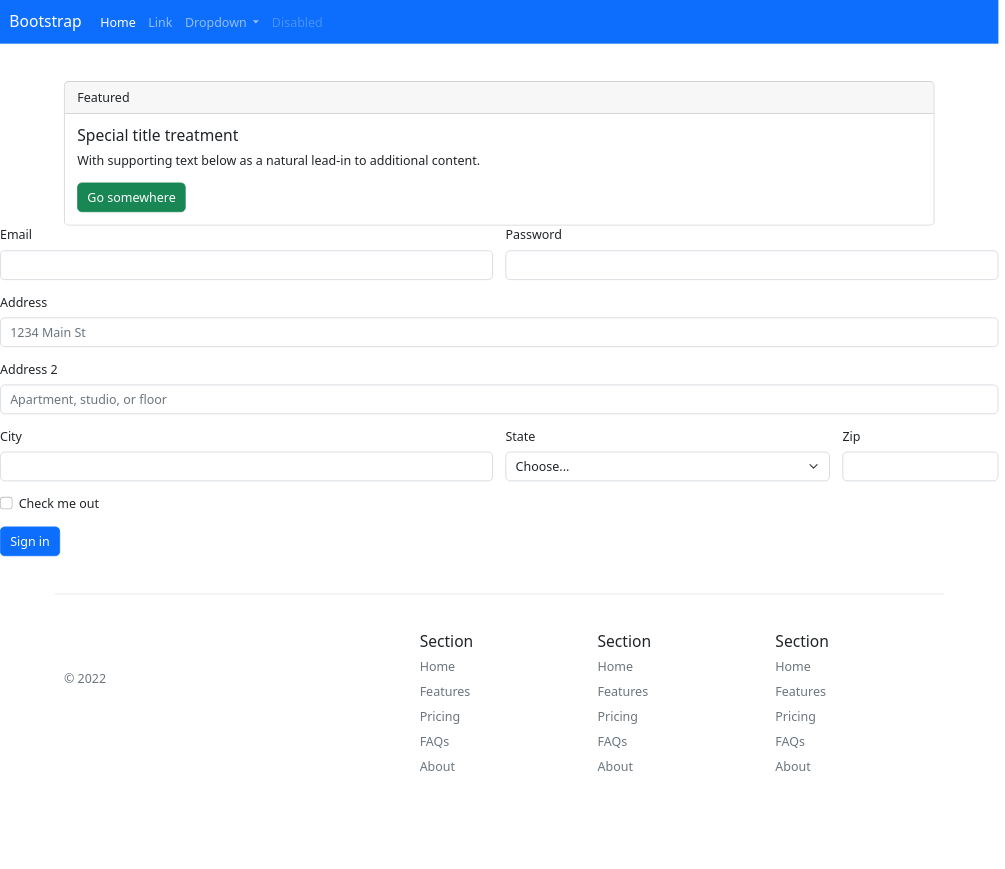
Repository: leosulzbach/Aula
Page: Bootstrap/bootstrap.html
An editor plug-in stored every save of this project. The page is shown before and after the next save, followed by the edit.
The browser window is 1280 px wide. The page is 1288 px wide, so the pictures cover 1288 px, including what lies to the right of the window. The pictures show the whole page, at 78% of full size.

Above is the page before, as saved 2022-05-26 14:29:02.

### Bootstrap/bootstrap.html
<!DOCTYPE html>
<html lang="PT-BR">
<head>
    <meta charset="UTF-8">
    <meta http-equiv="X-UA-Compatible" content="IE=edge">
    <meta name="viewport" content="width=device-width, initial-scale=1.0">
    <link href="https://cdn.jsdelivr.net/npm/bootstrap@5.2.0-beta1/dist/css/bootstrap.min.css" rel="stylesheet" integrity="sha384-0evHe/X+R7YkIZDRvuzKMRqM+OrBnVFBL6DOitfPri4tjfHxaWutUpFmBp4vmVor" crossorigin="anonymous">
    <script src="https://cdn.jsdelivr.net/npm/bootstrap@5.2.0-beta1/dist/js/bootstrap.bundle.min.js" integrity="sha384-pprn3073KE6tl6bjs2QrFaJGz5/SUsLqktiwsUTF55Jfv3qYSDhgCecCxMW52nD2" crossorigin="anonymous"></script>
    <title>Bootstrap</title>
</head>
<body>
    <nav class="navbar navbar-expand-lg navbar-dark bg-primary">
        <div class="container-fluid">
          <a class="navbar-brand" href="#">Bootstrap</a>

          <button class="navbar-toggler" type="button" data-bs-toggle="collapse" data-bs-target="#navbarSupportedContent" aria-controls="navbarSupportedContent" aria-expanded="false" aria-label="Toggle navigation">
            <span class="navbar-toggler-icon"></span>
          </button>

          <div class="collapse navbar-collapse" id="navbarSupportedContent">
            <ul class="navbar-nav me-auto mb-2 mb-lg-0">
              <li class="nav-item">
                <a class="nav-link active" aria-current="page" href="#">Home</a>
              </li>
              <li class="nav-item">
                <a class="nav-link" href="#">Link</a>
              </li>

              <li class="nav-item dropdown">
                <a class="nav-link dropdown-toggle" href="#" id="navbarDropdown" role="button" data-bs-toggle="dropdown" aria-expanded="false">
                  Dropdown
                </a>
                <ul class="dropdown-menu" aria-labelledby="navbarDropdown">
                  <li><a class="dropdown-item" href="#">Action</a></li>
                  <li><a class="dropdown-item" href="#">Another action</a></li>
                  <li><hr class="dropdown-divider"></li>
                  <li><a class="dropdown-item" href="#">Something else here</a></li>
                </ul>
              </li>
              <li class="nav-item">
                <a class="nav-link disabled">Disabled</a>
              </li>
            </ul>

          </div>
        </div>
      </nav>

      <main class="container">

        <div class="card mt-5">
            <div class="card-header">
              Featured
            </div>
            <div class="card-body">
              <h5 class="card-title">Special title treatment</h5>
              <p class="card-text">With supporting text below as a natural lead-in to additional content.</p>
              <a href="#" class="btn btn-success">Go somewhere</a>
            </div>
          </div>
      </main>

      <form class="row g-3">
        <div class="col-md-6">
          <label for="inputEmail4" class="form-label">Email</label>
          <input type="email" class="form-control" id="inputEmail4">
        </div>
        <div class="col-md-6">
          <label for="inputPassword4" class="form-label">Password</label>
          <input type="password" class="form-control" id="inputPassword4">
        </div>
        <div class="col-12">
          <label for="inputAddress" class="form-label">Address</label>
          <input type="text" class="form-control" id="inputAddress" placeholder="1234 Main St">
        </div>
        <div class="col-12">
          <label for="inputAddress2" class="form-label">Address 2</label>
          <input type="text" class="form-control" id="inputAddress2" placeholder="Apartment, studio, or floor">
        </div>
        <div class="col-md-6">
          <label for="inputCity" class="form-label">City</label>
          <input type="text" class="form-control" id="inputCity">
        </div>
        <div class="col-md-4">
          <label for="inputState" class="form-label">State</label>
          <select id="inputState" class="form-select">
            <option selected>Choose...</option>
            <option>...</option>
          </select>
        </div>
        <div class="col-md-2">
          <label for="inputZip" class="form-label">Zip</label>
          <input type="text" class="form-control" id="inputZip">
        </div>
        <div class="col-12">
          <div class="form-check">
            <input class="form-check-input" type="checkbox" id="gridCheck">
            <label class="form-check-label" for="gridCheck">
              Check me out
            </label>
          </div>
        </div>
        <div class="col-12">
          <button type="submit" class="btn btn-primary">Sign in</button>
        </div>
      </form>

      <div class="container">
        <footer class="row row-cols-1 row-cols-sm-2 row-cols-md-5 py-5 my-5 border-top">
          <div class="col mb-3">
            <a href="/" class="d-flex align-items-center mb-3 link-dark text-decoration-none">
              <svg class="bi me-2" width="40" height="32"><use xlink:href="#bootstrap"></use></svg>
            </a>
            <p class="text-muted">© 2022</p>
          </div>

          <div class="col mb-3">

          </div>

          <div class="col mb-3">
            <h5>Section</h5>
            <ul class="nav flex-column">
              <li class="nav-item mb-2"><a href="#" class="nav-link p-0 text-muted">Home</a></li>
              <li class="nav-item mb-2"><a href="#" class="nav-link p-0 text-muted">Features</a></li>
              <li class="nav-item mb-2"><a href="#" class="nav-link p-0 text-muted">Pricing</a></li>
              <li class="nav-item mb-2"><a href="#" class="nav-link p-0 text-muted">FAQs</a></li>
              <li class="nav-item mb-2"><a href="#" class="nav-link p-0 text-muted">About</a></li>
            </ul>
          </div>

          <div class="col mb-3">
            <h5>Section</h5>
            <ul class="nav flex-column">
              <li class="nav-item mb-2"><a href="#" class="nav-link p-0 text-muted">Home</a></li>
              <li class="nav-item mb-2"><a href="#" class="nav-link p-0 text-muted">Features</a></li>
              <li class="nav-item mb-2"><a href="#" class="nav-link p-0 text-muted">Pricing</a></li>
              <li class="nav-item mb-2"><a href="#" class="nav-link p-0 text-muted">FAQs</a></li>
              <li class="nav-item mb-2"><a href="#" class="nav-link p-0 text-muted">About</a></li>
            </ul>
          </div>


          <div class="col mb-3">
            <h5>Section</h5>
            <ul class="nav flex-column">
              <li class="nav-item mb-2"><a href="#" class="nav-link p-0 text-muted">Home</a></li>
              <li class="nav-item mb-2"><a href="#" class="nav-link p-0 text-muted">Features</a></li>
              <li class="nav-item mb-2"><a href="#" class="nav-link p-0 text-muted">Pricing</a></li>
              <li class="nav-item mb-2"><a href="#" class="nav-link p-0 text-muted">FAQs</a></li>
              <li class="nav-item mb-2"><a href="#" class="nav-link p-0 text-muted">About</a></li>
            </ul>
          </div>
        </footer>
      </div>
</body>
</html>

After the next save:
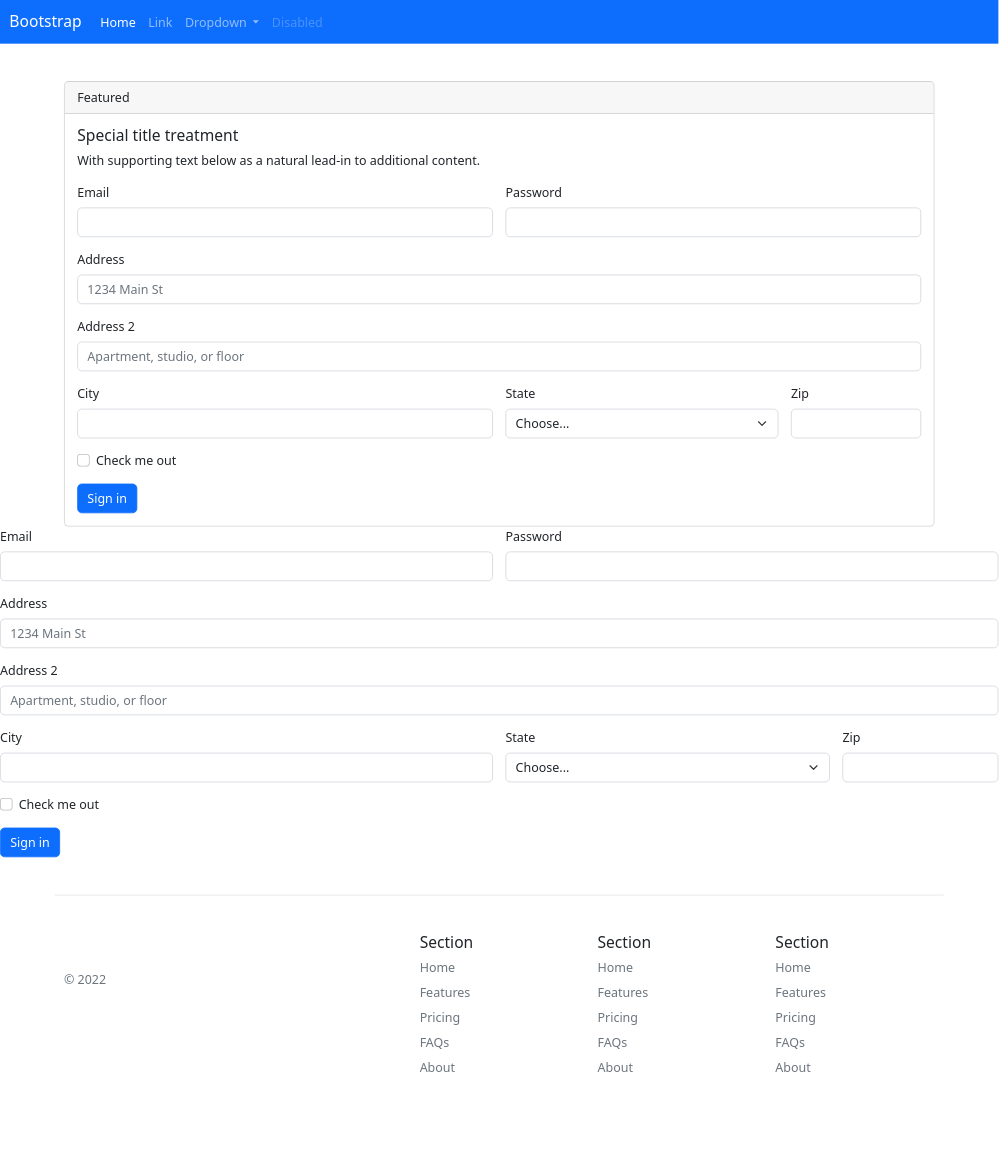
Saved 59 s later.
--- a/Bootstrap/bootstrap.html
+++ b/Bootstrap/bootstrap.html
@@ -55,7 +55,50 @@
             <div class="card-body">
               <h5 class="card-title">Special title treatment</h5>
               <p class="card-text">With supporting text below as a natural lead-in to additional content.</p>
-              <a href="#" class="btn btn-success">Go somewhere</a>
+              <form class="row g-3">
+                <div class="col-md-6">
+                  <label for="inputEmail4" class="form-label">Email</label>
+                  <input type="email" class="form-control" id="inputEmail4">
+                </div>
+                <div class="col-md-6">
+                  <label for="inputPassword4" class="form-label">Password</label>
+                  <input type="password" class="form-control" id="inputPassword4">
+                </div>
+                <div class="col-12">
+                  <label for="inputAddress" class="form-label">Address</label>
+                  <input type="text" class="form-control" id="inputAddress" placeholder="1234 Main St">
+                </div>
+                <div class="col-12">
+                  <label for="inputAddress2" class="form-label">Address 2</label>
+                  <input type="text" class="form-control" id="inputAddress2" placeholder="Apartment, studio, or floor">
+                </div>
+                <div class="col-md-6">
+                  <label for="inputCity" class="form-label">City</label>
+                  <input type="text" class="form-control" id="inputCity">
+                </div>
+                <div class="col-md-4">
+                  <label for="inputState" class="form-label">State</label>
+                  <select id="inputState" class="form-select">
+                    <option selected>Choose...</option>
+                    <option>...</option>
+                  </select>
+                </div>
+                <div class="col-md-2">
+                  <label for="inputZip" class="form-label">Zip</label>
+                  <input type="text" class="form-control" id="inputZip">
+                </div>
+                <div class="col-12">
+                  <div class="form-check">
+                    <input class="form-check-input" type="checkbox" id="gridCheck">
+                    <label class="form-check-label" for="gridCheck">
+                      Check me out
+                    </label>
+                  </div>
+                </div>
+                <div class="col-12">
+                  <button type="submit" class="btn btn-primary">Sign in</button>
+                </div>
+              </form>
             </div>
           </div>
       </main>
